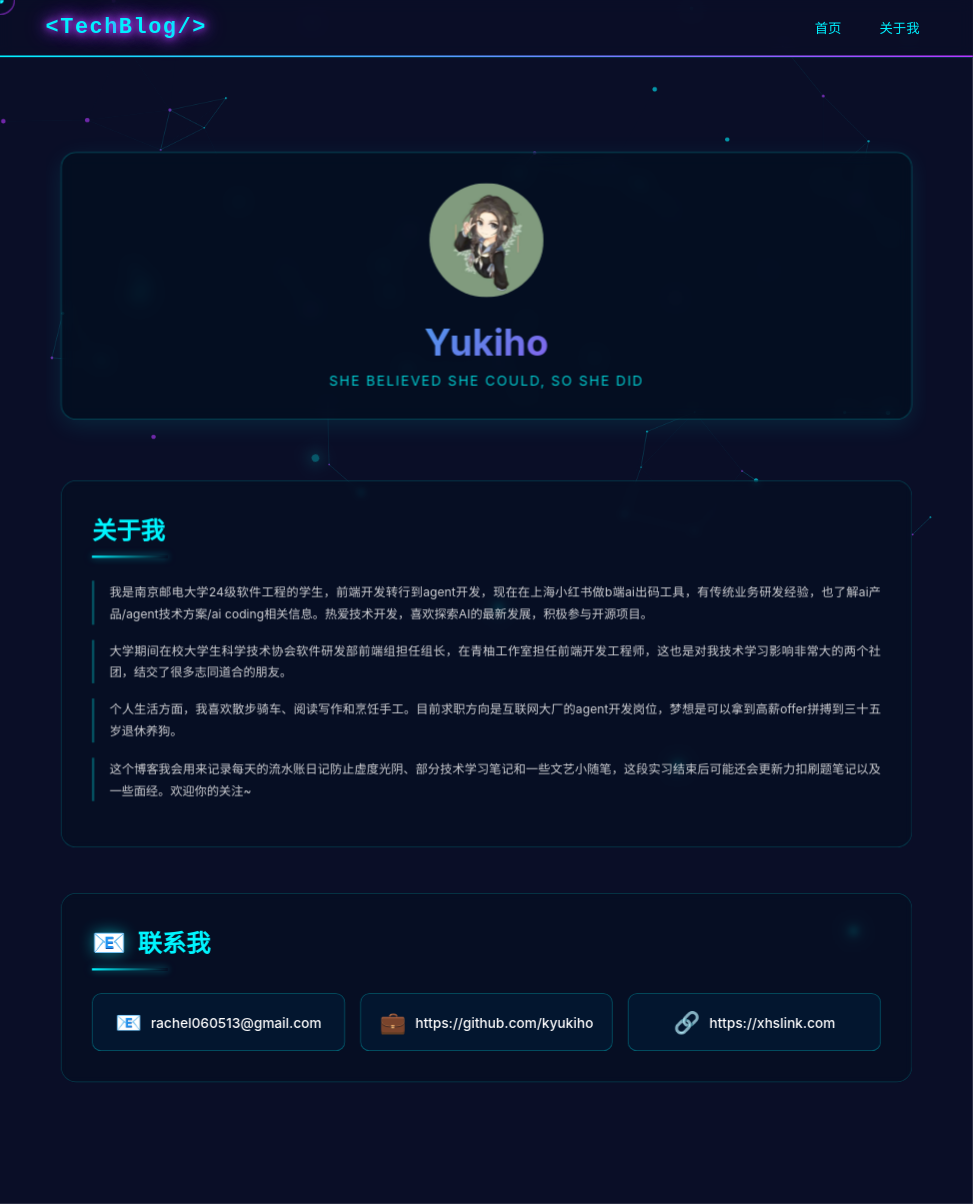
Repository: kyukiho/blog
Page: /about
The author's editor kept a copy of each file at every save. The page is drawn from the files as they stood at one save, then again after the next save.
The browser window is 1280 px wide. The pictures show the whole page, at 76% of full size.
The project was rebuilt for these pictures with package versions that can differ from the ones it lists, and the page was loaded fresh each time. Also part of the build but not shown: vite.config.js, src/components/BlogList.css, src/components/BlogList.jsx, src/components/BlogDetail.css, src/components/BlogDetail.jsx.

Above is the page before, as saved 2026-03-15 22:16:00.

After the next save:
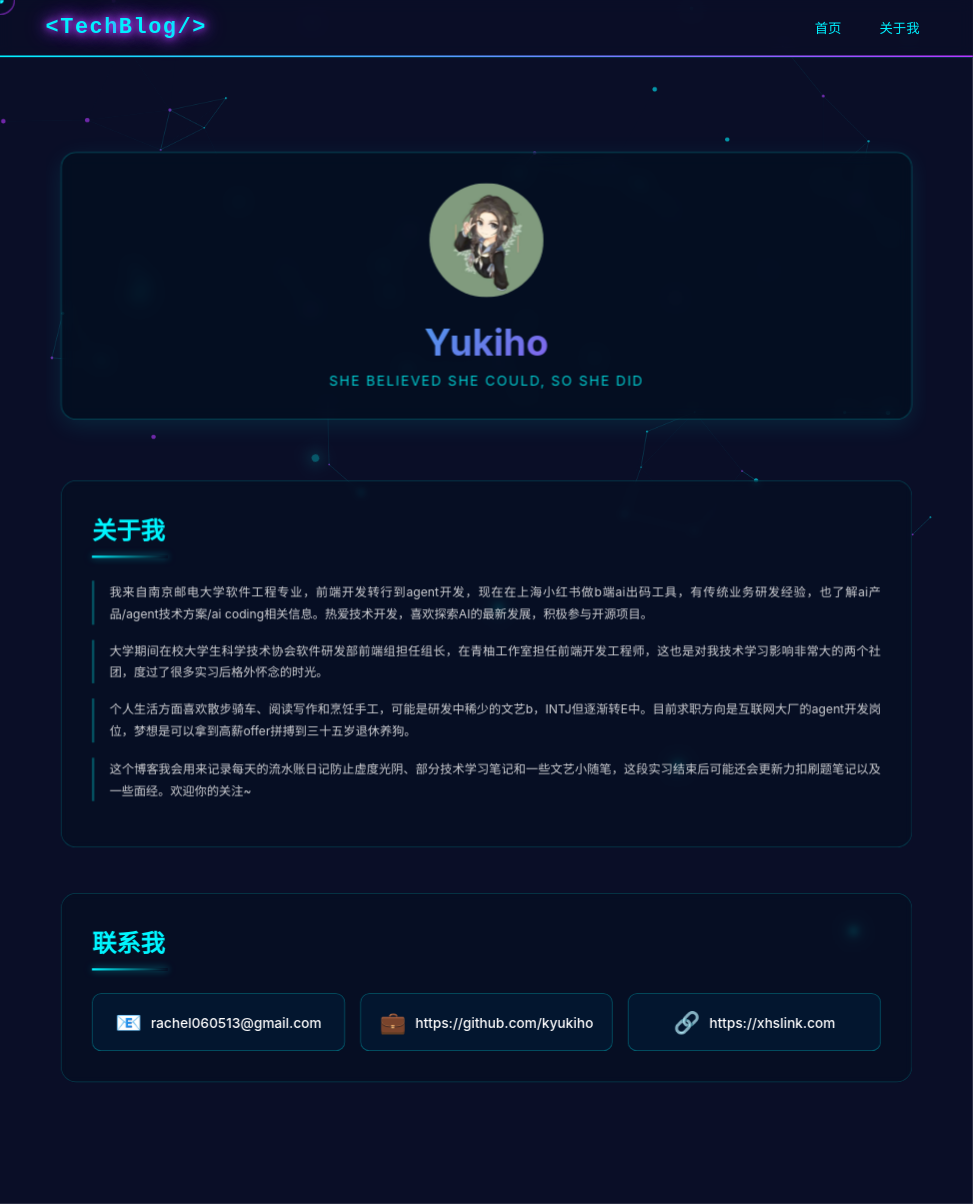
Saved 15 min 22 s later.
--- a/src/components/About.jsx
+++ b/src/components/About.jsx
@@ -68,13 +68,13 @@ const About = () => {
           </h2>
           <div className="about-text">
             <p>
-              我是南京邮电大学24级软件工程的学生，前端开发转行到agent开发，现在在上海小红书做b端ai出码工具，有传统业务研发经验，也了解ai产品/agent技术方案/ai coding相关信息。热爱技术开发，喜欢探索AI的最新发展，积极参与开源项目。
+              我来自南京邮电大学软件工程专业，前端开发转行到agent开发，现在在上海小红书做b端ai出码工具，有传统业务研发经验，也了解ai产品/agent技术方案/ai coding相关信息。热爱技术开发，喜欢探索AI的最新发展，积极参与开源项目。
             </p>
             <p>
-              大学期间在校大学生科学技术协会软件研发部前端组担任组长，在青柚工作室担任前端开发工程师，这也是对我技术学习影响非常大的两个社团，结交了很多志同道合的朋友。
+              大学期间在校大学生科学技术协会软件研发部前端组担任组长，在青柚工作室担任前端开发工程师，这也是对我技术学习影响非常大的两个社团，度过了很多实习后格外怀念的时光。
             </p>
             <p>
-              个人生活方面，我喜欢散步骑车、阅读写作和烹饪手工。目前求职方向是互联网大厂的agent开发岗位，梦想是可以拿到高薪offer拼搏到三十五岁退休养狗。
+              个人生活方面喜欢散步骑车、阅读写作和烹饪手工，可能是研发中稀少的文艺b，INTJ但逐渐转E中。目前求职方向是互联网大厂的agent开发岗位，梦想是可以拿到高薪offer拼搏到三十五岁退休养狗。
             </p>
             <p>
               这个博客我会用来记录每天的流水账日记防止虚度光阴、部分技术学习笔记和一些文艺小随笔，这段实习结束后可能还会更新力扣刷题笔记以及一些面经。欢迎你的关注~
@@ -85,7 +85,6 @@ const About = () => {
         {/* 联系方式 */}
           <motion.section className="contact-section" variants={itemVariants}>
             <h2 className="section-title">
-              <span className="title-icon">📧</span>
               联系我
             </h2>
             <div className="contact-links">
